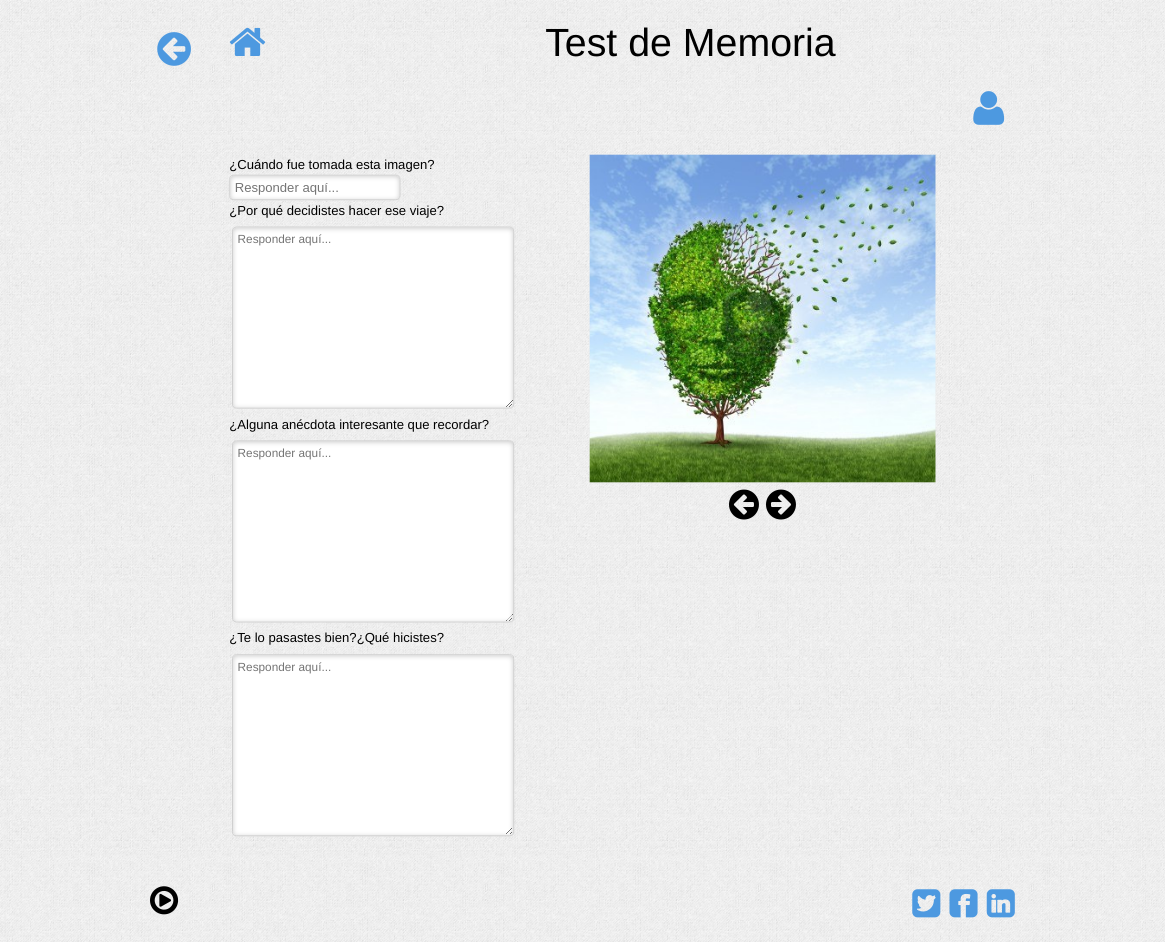
Repository: SCeruso/RememberMe
Page: testmemoria.html
The author's editor kept a record of every edit. The page is drawn from the files as they stood at one moment, then again after the next edit.
The browser window is 1280 px wide. The pictures show the whole page, at 91% of full size.
Some web libraries are served in a nearby version.

Above is the page before.

### testmemoria.html
<!DOCTYPE html>
<html>
<head>
	<!-- META -->
	<title>HTML KickStart Elements</title>
	<meta charset="UTF-8">
	<meta name="viewport" content="width=device-width, initial-scale=1.0"/>
	<meta name="description" content="" />

	<!-- CSS -->
	<link rel="stylesheet" type="text/css" href="css/kickstart.css" media="all" />
	<link rel="stylesheet" type="text/css" href="style.css" media="all" />

	<!-- Javascript -->
	<script type="text/javascript" src="https://ajax.googleapis.com/ajax/libs/jquery/1.9.1/jquery.min.js"></script>
	<script type="text/javascript" src="js/kickstart.js"></script>

</head>
<body>
<div class="grid">
	<div class="col_12">
		<div class="col_1">
        <h2 class="left">
               <a href="tusimagenes.html">
                  <i class="icon-circle-arrow-left"></i>
                </a>
        </h2>
        </div>
        <div class="col_2">
        <h2 class="left">
                <a href="juegosde.html">
                    <i class="icon-home pull-left"></i>
                </a>
        </div>
        </h2>
        <h2 class="center">
               <p>Test de Memoria</p>
        </h2>
        <h2>
        		<a href = "perfil.html">
               <i class="icon-user icon-border pull-right" title="Mi perfil"></i>
		</a>
		</h2>
		<br>
    </div>

	<div class="col_12">
		<div class="col_1"></div>
		<div class="col_5">
		<!-- Placeholder Text -->
		<label for="text2">¿Cuándo fue tomada esta imagen?</label><br>
		<input id="text2" type="text" placeholder="Responder aquí..." />
		<br>
		<!-- Placeholder Text -->
		<label for="text2">¿Por qué decidistes hacer ese viaje?</label><br>
		<textarea id="area" class="col_10" placeholder="Responder aquí..."></textarea>
		<br>
		<!-- Placeholder Text -->
		<label for="text2">¿Alguna an&eacute;cdota interesante que recordar?</label><br>
		<textarea id="textarea1" class="col_10" placeholder="Responder aquí..."></textarea>
		<br>
		<!-- Placeholder Text -->
		<label for="text2">¿Te lo pasastes bien?¿Qu&eacute; hicistes?</label><br>
		<textarea id="textarea1" class="col_10" placeholder="Responder aquí..."></textarea>
		</div>
		<div class="col_5">
		<img class="align-right" src="imagenes/jaja.jpg" title="RememberMe.jpg" alt="No se encuentra la imagen" heigth="850" width="550">

		<h4 class="center">
			<i class="icon-circle-arrow-left icon-large"></i>
			<i class="icon-circle-arrow-right icon-large"></i>
		</h4>
		</div>
	</div>

    <div class="col_12">
    </div>
    <div class="col_12">
        <h3 class="right">
            <a href="http://www.twitter.com" target="blank"><i class="icon-twitter-sign"></i></a>
            <a href="http://www.facebook.com" target="blank"><i class="icon-facebook-sign"></i></a>
            <a href="http://www.linkdin.com" target="blank"><i class="icon-linkedin-sign"></i></a>
	    <i class=" icon-play-circle pull-left"></i>
        </h3>
    </div>
</div> <!-- End Grid -->
</body>
</html>

### style.css
/*
	99Lime.com HTML KickStart by Joshua Gatcke
	style.css

*/

/*---------------------------------
	IMPORTS
-----------------------------------*/
@import url(http://fonts.googleapis.com/css?family=Arimo:400,700);

/*---------------------------------
	OVERRIDES
-----------------------------------*/
h1,h2,h3,h4,h5,h6{
font-family: "Arimo", arial, verdana, sans-serif;
font-weight:normal;
}

thead th,
tbody th{
font-family: "Arimo", arial, verdana, sans-serif;
}

button,
a.btn,
input[type="submit"],
input[type="reset"],
input[type="button"]{
font-family: "Arimo", arial, verdana, sans-serif;
}

.menu{
font-family: "Arimo", arial, verdana, sans-serif;
}

blockquote{
font-family: "Arimo", arial, verdana, sans-serif;
}

/*---------------------------------
	LAYOUT
-----------------------------------*/
body{
margin:0;
padding:0 0 0 0;
color:#000;
/*background-repeat:repeat;*/
background:#efefef url(css/img/gray_jean.png);
/*background-size:cover;*/
/*background-image:url(css/img/gray_jean.png);*/
font:normal 0.9em/150% 'Arimo', arial, verdana, sans-serif;
text-shadow: 0 0 1px transparent; /* google font pixelation fix */
}

#wrap{
width:100%;
background:#fff;
margin:30px auto 30px auto;
padding:0 2%;
border:1px solid #ccc;
}


#footer{
text-align:center;
padding:20px;
margin:0;
border-top:1px solid #ddd;
color:#999;
font-size:0.8em;
text-shadow:0px 1px 1px #fff;
position: relative;
top:0;
left:0;
background:#fff;
}

	#link-top{
	display:none;
	}

/* NAV BAR*/
.navbar{
position:fixed;
top:0;
left:0;
width: 100%;
background:#000;
color:#fff;
z-index:1000;
}

	.navbar #logo{
	position:absolute;
	top:0;
	right:0;
	padding:0.5em 1em;
	font-size: 1.7em;
	color:#efefef;
	text-decoration:none;
	}

	.navbar span{
	color:#86dc00;
	}


	.navbar ul{
	display:inline-block;
	margin:0;
	padding:0;
	}

		.navbar li{
		margin:0;
		padding:0;
		list-style-type:0;
		display:inline-block;
		}

		.navbar li a{
		display:inline-block;
		color:#efefef;
		padding:1em 1.3em;
		text-decoration:none;
		text-transform: uppercase;
		line-height:100%;
		font-size: 1.2em;
		}

.callout{
background:#4598ef;/*#86dc00;*/
padding:3em 0;
color:#fff;
box-shadow:inset 0 0 10px rgba(0,0,0,0.2);
text-align: center;
text-shadow:0px 1px 3px rgba(0,0,0,0.2);
display:block;
}
	.callout + div.grid{margin-top:50px;}
	 a.callout{cursor:pointer;}
	 .callout i.icon-4x{font-size:6em;}
	 .callout h4{margin-bottom:30px;}
	 .callout-top{margin:50px 0 0 0;}
	 .callout p{margin-bottom:0;}
	 .callout .button{margin-top:10px;}
	 .callout.green{background:#19ad0b;/*#86dc00;*/}

#mc_embed_signup{
padding:30px 0;
}

#ui-preview{
border:5px solid #ddd;
margin:30px 0;
display:block;
}

### css/kickstart-forms.css
/*---------------------------------
	FORMS
-----------------------------------*/
form{
padding:0;
margin:0;
}

fieldset{
margin:30px 0 20px 0;
padding:5px 15px 15px 15px;
border:1px solid #ccc;
background:#f5f5f5;
-moz-border-radius:5px;
-webkit-border-radius:5px;
border-radius:5px;
position: relative;
top:0;
left:0;
}

	legend{
	-moz-border-radius:5px;
	-webkit-border-radius:5px;
	border-radius:5px;
	border:1px solid #ccc;
	background:#f5f5f5;
	padding:2px 10px;
	margin:0 0 0 0;
	display:block;
	position: relative;
	top:0;
	left:0;
	}

	/*IE ONLY - I know, this is a stop gap*/
	.msie fieldset{padding-top:25px;}
	.msie legend{position:absolute;top:-0.7em;left:10px;}

label{
display:inline-block;
*display:inline;
vertical-align: middle;
margin:0;
padding:0;
position:relative;
top:0;
left:0;
zoom:1;
-moz-box-sizing: border-box;
-webkit-box-sizing: border-box;
box-sizing: border-box;
}

	label.inline{
	display:inline;
	margin:0;
	}

	label span{
	color:#999;
	font-size:0.9em;
	}

	label span.right{
	position:absolute;
	bottom:0;
	right:0;
	text-align:right;
	display:inline-block;
	*display:inline;
	}

	label.disabled{
	color:#ccc;
	}

input{
display:inline-block;
*display:inline;
vertical-align: middle;
width:auto;
zoom:1;
margin:0;
border:1px solid #ccc;
font-size:1em;
padding:5px 0;
text-indent: 5px;
-moz-border-radius:5px;
-webkit-border-radius:5px;
border-radius:5px;
background:#fff;
-moz-box-shadow:inset 0 0 6px #ccc;
-webkit-box-shadow:inset 0 1px 6px #ccc;
box-shadow:inset 0 1px 6px #ccc;
-moz-box-sizing: border-box;
-webkit-box-sizing: border-box;
box-sizing: border-box;
}

	input::-webkit-input-placeholder,
	input:-moz-placeholder,
	.placeholder{
	color:#bbb;
	}

	input::-moz-focus-inner {border:0;}

	input[disabled="disabled"], input.disabled{
	color:#999;
	background:#f5f5f5;
	-moz-box-shadow:inset 0 0 2px #ddd;
	-webkit-box-shadow:inset 0 1px 2px #ddd;
	box-shadow:inset 0 1px 2px #ddd;
	}

	/* FOCUS STATES */
	input[type="text"]:focus,
	textarea:focus,
	button:focus,
	a.button:focus,
	select:focus,
	input[type="file"]:focus,
	input[type="password"]:focus{
	-webkit-box-shadow: 0 0 7px #6DB9FF;
	-moz-box-shadow   : 0 0 7px #6DB9FF;
	box-shadow        : 0 0 7px #6DB9FF;
	border: 1px solid #50B1FE;
	outline: none;
	}

	/* TRANSITION */
	input[type="text"],
	textarea,
	button,
	a.button,
	a,
	input[type="file"]{
	-moz-transition: -moz-box-shadow 0.5s, border 0.5s, background 0.5s;
	-webkit-transition: -webkit-box-shadow 0.5s, border 0.5s, background 0.5s;
	-o-transition:  box-shadow 0.5s, border 0.5s, background 0.5s;
	transition: box-shadow 0.5s, border 0.5s, background 0.5s;
	}

input.checkbox,
input[type="checkbox"]{
display:inline;
width:auto;
margin:0;
padding:0;
border:0;
background:none;
vertical-align:center;
*vertical-align: top;
}

input.radio,
input[type="radio"]{
display:inline;
width:auto;
margin:0;
padding:0;
border:0;
background:none;
vertical-align:center;
*vertical-align: top;
}

	input[type="radio"]:focus,
	input[ type="checkbox"]:focus{
	-webkit-box-shadow: 0 0 5px #6DB9FF;
	-moz-box-shadow   : 0 0 5px #6DB9FF;
	box-shadow        : 0 0 5px #6DB9FF;
	outline-color: #6DB9FF;
	}

input.file,
input[type="file"]{
/*font-size:0.8em;*/
-moz-box-shadow:none;
-webkit-box-shadow:none;
box-shadow:none;
border:none;
}

select{
display:inline;
width:auto;
margin:0;
border:1px solid #ccc;
line-height:100%;
padding:3px;
vertical-align: middle;
}

        select[disabled="disabled"], select.disabled{
        color:#999;
        background:#f5f5f5;
        -moz-box-shadow:inset 0 0 2px #ddd;
        -webkit-box-shadow:inset 0 1px 2px #ddd;
        box-shadow:inset 0 1px 2px #ddd;
        }

textarea{
width:auto;
height:200px;
margin:0;
border:1px solid #ccc;
padding:5px;
vertical-align: middle;
font-family:inherit;
font-size:0.9em;
-moz-border-radius:5px;
-webkit-border-radius:5px;
border-radius:5px;
-moz-box-shadow:inset 0 0 6px #ccc;
-webkit-box-shadow:inset 0 1px 6px #ccc;
box-shadow:inset 0 1px 6px #ccc;
-moz-box-sizing: border-box;
-webkit-box-sizing: border-box;
box-sizing: border-box;
}

/*---------------------------------
	COLUMN SIZES
-----------------------------------*/

/* sizes */
input[class*="col_"],
select[class*="col_"],
label[class*="col_"]{
float:none;display:inline-block;*display:inline;margin-bottom:0;
*margin-left: 0.5%;*margin-right: 0.5%;/* this is for IE 7 Only and is not a good fix - work needed here */
}

/*---------------------------------
	FORMS VERTICAL
-----------------------------------*/
form.vertical{

}

	form.vertical label{display:block;}
	form.vertical input,
	form.vertical select,
	form.vertical textarea{width:100%;display:block;margin-bottom:10px;}
	form.vertical .chzn-container{display:block;margin-bottom:10px;}
	form.vertical .chzn-choices{display:block;margin-bottom:10px;}

	/* radios & checks */
	form.vertical input.checkbox,
	form.vertical input[type="checkbox"],
	form.vertical input.radio,
	form.vertical input[type="radio"],
	form.vertical label.inline{display:inline;width:auto;margin:0;}
/*---------------------------------
	FORM VALIDATION
-----------------------------------*/
label.error{color:red;}
input.error{border:1px solid red;}
select.error{border:1px solid red;}

/*---------------------------------
	NOTICES
-----------------------------------*/
.notice{
border:1px solid gold;
background:lightyellow;
padding:10px 20px 10px 40px;
margin:10px 0;
-moz-border-radius:5px;
-webkit-border-radius:5px;
border-radius:5px;
color:#DEAE00;
line-height:120%;
vertical-align: center;
text-shadow:0px 1px rgba(255,255,255,0.5);
position:relative;
top:0;
left:0;
clear:both;
}

	.notice.warning{}/*default*/
	.notice.error{border:1px solid red;background:pink;color:red;}
	.notice.success{border:1px solid green;background:lightgreen;color:green;}
	.notice i[class^='icon-']{position:absolute;top:50%;left:0.8em;margin-top:-0.6em;}
	.notice a[class^='icon-remove'],
	.notice a[class^='icon-remove']:active,
	.notice a[class^='icon-remove']:visited{font-size:12px;position:absolute;top:5px;right:5px;left:auto;color:inherit;margin-top:0;left:auto;}

### css/kickstart-grid.css
/*
	99Lime.com HTML KickStart by Joshua Gatcke
	kickstart-grids.css

	DO NOT EDIT THIS FILE unless you know what you are doing.
*/
/*---------------------------------
	GRID/COLUMNS
-----------------------------------
	tinyfluidgrid.com
	& girlfriendnyc.com
	with changes by 99Lime
-----------------------------------*/
 /*
 & Columns : 12
 & Gutter %: 20%
 & MaxWidth: 1280px
 */

.grid{
max-width:1220px;
margin:0 auto;
padding:0 2em;
}

.grid.flex{
width:100%;
max-width:100%;
padding:0 2%;
padding:2em;
}

.row{
display:block;
overflow:hidden;
clear:both;
}

*[class*="col_"].alpha{margin-left:0;}
*[class*="col_"].omega{margin-right:0;}

.col_1  { width: 6.6666666666667%; }
.col_2  { width: 15%; }
.col_3  { width: 23.333333333333%; }
.col_4  { width: 31.666666666667%; }
.col_5  { width: 40%; }
.col_6  { width: 48.333333333333%; }
.col_7  { width: 56.666666666667%; }
.col_8  { width: 65%; }
.col_9  { width: 73.333333333333%; }
.col_10 { width: 81.666666666667%; }
.col_11 { width: 90%; }
.col_12 { width: 98.333333333333%; }

*[class*="col_"]{
margin-left: 0.83333333333333%;
margin-right: 0.83333333333333%;
margin-top:0.5em;
margin-bottom:0.5em;
float: left;
display: block;
}

.grid img{
max-width: 100%;
height:auto;
}

.clear{clear:both;display:block;overflow:hidden;visibility:hidden;width:0;height:0}
.clearfix:after{clear:both;content:' ';display:block;font-size:0;line-height:0;visibility:hidden;width:0;height:0}
* html .clearfix, *:first-child+html .clearfix{zoom:1}

/* Viewable Grids
	To view your grids, add the class .visible to any grid container.
	This will add a background color so you can see the layout of your grids.
*/
*[class*="col_"].visible{
background:#eee;
border:1px dotted #ccc;
}


/*---------------------------------
	Responsive Grid Media Queries - 1280, 1024, 768, 480
	1280-1024 	- desktop (default grid)
	1024-768 	- tablet landscape
	768-480 	- tablet
	480-less 	- phone landscape & smaller
-----------------------------------*/
@media all and (min-width: 1024px) and (max-width: 1280px) {

	.grid *[class*="col_"]{}
	.grid{max-width: 1024px;}
	.show-desktop	{display:block;}
	.hide-desktop	{display:none;}
	.show-tablet	{display:none;}
	.hide-tablet	{display:block;}
	.show-phone		{display:none;}
	.hide-phone		{display:block;}

}

@media all and (min-width: 768px) and (max-width: 1024px) {

	.grid *[class*="col_"]{}
	.grid{max-width: 768px;}
	.show-desktop	{display:none;}
	.hide-desktop	{display:block;}
	.show-tablet	{display:block;}
	.hide-tablet	{display:none;}
	.show-phone		{display:none;}
	.hide-phone		{display:block;}

}


@media all and (min-width: 480px) and (max-width: 768px) {

	.grid *[class*="col_"]{
	float:none;
	width:auto;
	clear:both;
	display:block;
	}

	/* columns inside of columns */
	.grid *[class*="col_"] [class*="col_"]{
	margin-left:0;
	margin-right:0;
	width:100%;
	}

	.grid{max-width: 480px;}
	.show-desktop	{display:none;}
	.hide-desktop	{display:block;}
	.show-tablet	{display:block;}
	.hide-tablet	{display:none;}
	.show-phone		{display:none;}
	.hide-phone		{display:block;}

}

@media all and (max-width: 480px) {

	.grid *[class*="col_"]{
	float:none;
	width:auto;
	clear:both;
	display:block;
	}

	/* columns inside of columns */
	.grid *[class*="col_"] [class*="col_"]{
	margin-left:0;
	margin-right:0;
	width:100%;
	}

	.grid{max-width: 100%;/*320*/}
	.show-desktop	{display:none;}
	.hide-desktop	{display:block;}
	.show-tablet	{display:none;}
	.hide-tablet	{display:block;}
	.show-phone		{display:block;}
	.hide-phone		{display:none;}

}

### css/kickstart-slideshow.css
/*---------------------------------
	SLIDESHOW2 - Slight Fixes for the slideshow layout *needs work
-----------------------------------*/

	.slideshow{
	clear:both;
	margin:0;
	padding:0;
	width:auto;
	height:auto;
	overflow:hidden;
	}

		.slideshow li{
		list-style-type:none;
		margin:0;
		padding:0;
		float:left;
		display:block;
		}

/**
 * BxSlider v4.0 - Fully loaded, responsive content slider
 * http://bxslider.com
 *
 * Written by: Steven Wanderski, 2012
 * http://stevenwanderski.com
 * (while drinking Belgian ales and listening to jazz)
 *
 * CEO and founder of bxCreative, LTD
 * http://bxcreative.com
 */


/** RESET AND LAYOUT
===================================*/
.bx-wrapper, .bx-wrapper *{
	-webkit-box-sizing: content-box; /* Safari/Chrome, other WebKit */
  	-moz-box-sizing: content-box;    /* Firefox, other Gecko */
  	box-sizing: content-box;         /* Opera/IE 8+ */
}

.bx-wrapper {
	position: relative;
	margin: 0 0 60px;
	padding: 0;
	*zoom: 1;
}

.bx-wrapper img {
	width: 100%;
	display: block;
}

/** THEME
===================================*/

.bx-wrapper .bx-viewport {
	-moz-box-shadow: 0 0 5px #ccc;
	-webkit-box-shadow: 0 0 5px #ccc;
	box-shadow: 0 0 5px #ccc;
	border: solid #fff 5px;
	left: 0;
	background: #fff;
}

.bx-wrapper .bx-pager,
.bx-wrapper .bx-controls-auto {
	position: absolute;
	bottom: -30px;
	width: 100%;
}

/* LOADER */

.bx-wrapper .bx-loading {
	min-height: 50px;
	background: url(img/bx_loader.gif) center center no-repeat #fff;
	height: 100%;
	width: 100%;
	position: absolute;
	top: 0;
	left: 0;
	z-index: 2000;
}

/* PAGER */

.bx-wrapper .bx-pager {
	text-align: center;
	font-size: .85em;
	font-family: Arial;
	font-weight: bold;
	color: #666;
	padding-top: 20px;
}

.bx-wrapper .bx-pager .bx-pager-item,
.bx-wrapper .bx-controls-auto .bx-controls-auto-item {
	display: inline-block;
	*zoom: 1;
	*display: inline;
}

.bx-wrapper .bx-pager.bx-default-pager a {
	background: #666;
	text-indent: -9999px;
	display: block;
	width: 10px;
	height: 10px;
	margin: 0 5px;
	outline: 0;
	-moz-border-radius: 5px;
	-webkit-border-radius: 5px;
	border-radius: 5px;
}

.bx-wrapper .bx-pager.bx-default-pager a:hover,
.bx-wrapper .bx-pager.bx-default-pager a.active {
	background: #000;
}

/* DIRECTION CONTROLS (NEXT / PREV) */

.bx-wrapper .bx-prev {
	left: 10px;
	background: url(img/controls.png) no-repeat 0 -32px;
}

.bx-wrapper .bx-next {
	right: 10px;
	background: url(img/controls.png) no-repeat -43px -32px;
}

.bx-wrapper .bx-prev:hover {
	background-position: 0 0;
}

.bx-wrapper .bx-next:hover {
	background-position: -43px 0;
}

.bx-wrapper .bx-controls-direction a {
	position: absolute;
	top: 50%;
	margin-top: -16px;
	outline: 0;
	width: 32px;
	height: 32px;
	text-indent: -9999px;
	z-index: 9999;
}

.bx-wrapper .bx-controls-direction a.disabled {
	display: none;
}

/* AUTO CONTROLS (START / STOP) */

.bx-wrapper .bx-controls-auto {
	text-align: center;
}

.bx-wrapper .bx-controls-auto .bx-start {
	display: block;
	text-indent: -9999px;
	width: 10px;
	height: 11px;
	outline: 0;
	background: url(img/controls.png) -86px -11px no-repeat;
	margin: 0 3px;
}

.bx-wrapper .bx-controls-auto .bx-start:hover,
.bx-wrapper .bx-controls-auto .bx-start.active {
	background-position: -86px 0;
}

.bx-wrapper .bx-controls-auto .bx-stop {
	display: block;
	text-indent: -9999px;
	width: 9px;
	height: 11px;
	outline: 0;
	background: url(img/controls.png) -86px -44px no-repeat;
	margin: 0 3px;
}

.bx-wrapper .bx-controls-auto .bx-stop:hover,
.bx-wrapper .bx-controls-auto .bx-stop.active {
	background-position: -86px -33px;
}

/* PAGER WITH AUTO-CONTROLS HYBRID LAYOUT */

.bx-wrapper .bx-controls.bx-has-controls-auto.bx-has-pager .bx-pager {
	text-align: left;
	width: 80%;
}

.bx-wrapper .bx-controls.bx-has-controls-auto.bx-has-pager .bx-controls-auto {
	right: 0;
	width: 35px;
}

/* IMAGE CAPTIONS */

.bx-wrapper .bx-caption {
	position: absolute;
	bottom: 0;
	left: 0;
	background: #666\9;
	background: rgba(80, 80, 80, 0.75);
	width: 100%;
}

.bx-wrapper .bx-caption span {
	color: #fff;
	font-family: Arial;
	display: block;
	font-size: .85em;
	padding: 10px;
}

### css/tiptip.css
/*
	TipTip CSS - Version 1.2
	http://code.drewwilson.com/entry/tiptip-jquery-plugin
*/

#tiptip_holder { display: none; position: absolute; top: 0; left: 0; z-index: 99999; }
#tiptip_holder.tip_top { padding-bottom: 5px; }
#tiptip_holder.tip_bottom { padding-top: 5px; }
#tiptip_holder.tip_right { padding-left: 5px; }
#tiptip_holder.tip_left { padding-right: 5px; }

#tiptip_content {
font-size: 11px;
color: #fff;
text-shadow: 0 0 2px #000;
padding: 4px 8px;
border: 1px solid rgba(255,255,255,0.25);
background:#212121;
background-color: rgba(25,25,25,0.92);
background-image: -webkit-gradient(linear, 0% 0%, 0% 100%, from(transparent), to(#000));
-webkit-border-radius: 3px;
-moz-border-radius: 3px;
border-radius: 3px;
-webkit-box-shadow: 0 0 3px #555;
-moz-box-shadow: 0 0 3px #555;
box-shadow: 0 0 3px #555;
*background:#212121;
}

#tiptip_arrow, #tiptip_arrow_inner {
position: absolute;
border-color: transparent;
border-style: solid;
border-width: 6px;
height: 0;
width: 0;
}

#tiptip_holder.tip_top #tiptip_arrow {
border-top-color: #fff;
border-top-color: rgba(255,255,255,0.35);
}

#tiptip_holder.tip_bottom #tiptip_arrow {
border-bottom-color: #fff;
border-bottom-color: rgba(255,255,255,0.35);
}

#tiptip_holder.tip_right #tiptip_arrow {
border-right-color: #fff;
border-right-color: rgba(255,255,255,0.35);
}

#tiptip_holder.tip_left #tiptip_arrow {
border-left-color: #fff;
border-left-color: rgba(255,255,255,0.35);
}

#tiptip_holder.tip_top #tiptip_arrow_inner {
margin-top: -7px;
margin-left: -6px;
border-top-color: rgb(25,25,25);
border-top-color: rgba(25,25,25,0.92);
}

#tiptip_holder.tip_bottom #tiptip_arrow_inner {
margin-top: -5px;
margin-left: -6px;
border-bottom-color: rgb(25,25,25);
border-bottom-color: rgba(25,25,25,0.92);
}

#tiptip_holder.tip_right #tiptip_arrow_inner {
margin-top: -6px;
margin-left: -5px;
border-right-color: rgb(25,25,25);
border-right-color: rgba(25,25,25,0.92);
}

#tiptip_holder.tip_left #tiptip_arrow_inner {
margin-top: -6px;
margin-left: -7px;
border-left-color: rgb(25,25,25);
border-left-color: rgba(25,25,25,0.92);
}

/* Webkit Hacks  */
@media screen and (-webkit-min-device-pixel-ratio:0) {
	#tiptip_content {
		padding: 4px 8px 5px 8px;
		background-color: rgba(45,45,45,0.88);
	}
	#tiptip_holder.tip_bottom #tiptip_arrow_inner {
		border-bottom-color: rgba(45,45,45,0.88);
	}
	#tiptip_holder.tip_top #tiptip_arrow_inner {
		border-top-color: rgba(20,20,20,0.92);
	}
}

Loaded but not shown: css/jquery.fancybox-1.3.4.css (library); css/prettify.css (common file); css/fonts/fontawesome/css/font-awesome.min.css (library); js/kickstart.js (424 lines, source omitted); css/kickstart-buttons.css (369 lines, source omitted); css/kickstart.css (508 lines, source omitted); css/kickstart-menus.css (180 lines, source omitted)

After the next edit:
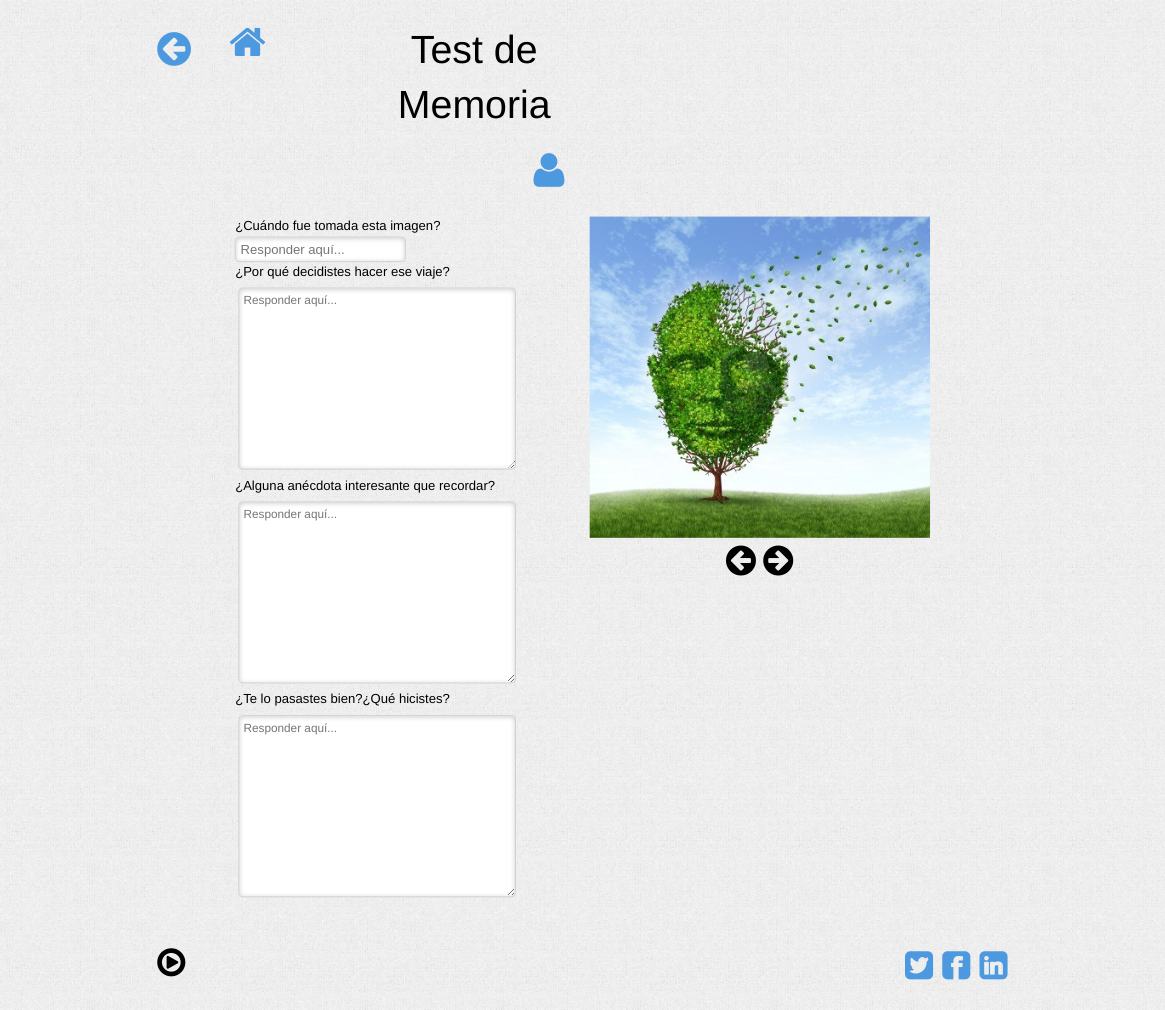
The edit:
--- a/testmemoria.html
+++ b/testmemoria.html
@@ -33,6 +33,7 @@
                 </a>
         </div>
         </h2>
+        <div class="col_3">
         <h2 class="center">
                <p>Test de Memoria</p>
         </h2>
